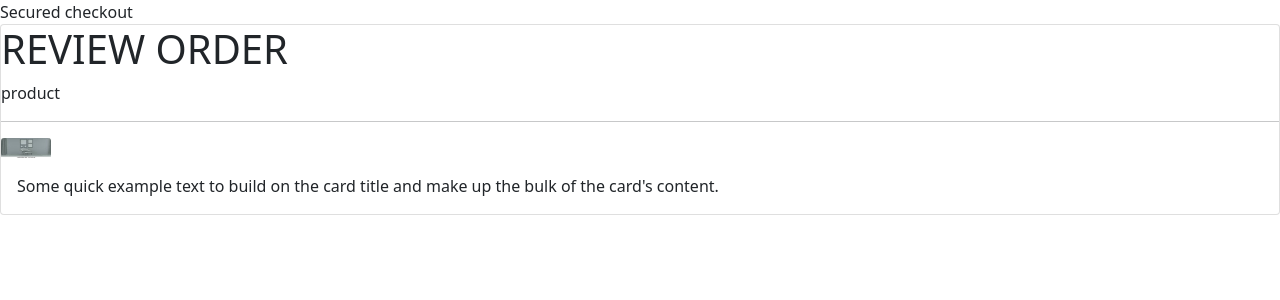
Repository: sreech465/e-prathibha
Page: /checkouts
The author's editor kept a copy of each file at every save. The page is drawn from the files as they stood at one save, then again after the next save.
The browser window is 1280 px wide. The pictures show the whole page.
The project was rebuilt for these pictures with package versions that can differ from the ones it lists, and the page was loaded fresh each time. Also part of the build but not shown: src/Redux/Actions.js, src/Components/Register.js, src/Components/Verify.js, src/Components/Header.js, src/Components/Login.js, src/Components/Popup.css, src/Components/Popup.js, src/Components/WritExam.css and 9 more.

Above is the page before, as saved 2022-10-18 18:31:51.

### src/index.js
import React from "react";
import ReactDOM from "react-dom/client";
import "./index.css";
import App from "./App";
import reportWebVitals from "./reportWebVitals";
import { Provider } from "react-redux";
import { store } from "./Redux/Store";

import "bootstrap/dist/css/bootstrap.min.css";

const root = ReactDOM.createRoot(document.getElementById("root"));
root.render(
  <React.StrictMode>
    <Provider store={store}>
      <App />
    </Provider>
  </React.StrictMode>
);

// If you want to start measuring performance in your app, pass a function
// to log results (for example: reportWebVitals(console.log))
// or send to an analytics endpoint. Learn more: https://bit.ly/CRA-vitals
reportWebVitals();

### src/App.js
import "bootstrap/dist/css/bootstrap.min.css";
import "./App.css";
import Register from "./Components/Register";
import { useSelector } from "react-redux";
import Verify from "./Components/Verify";
import Header from "./Components/Header";
import Login from "./Components/Login";
import { Routes, Route } from "react-router-dom";
import WriteExam from "./Components/WriteExam";
import { BrowserRouter } from "react-router-dom";
import ListOfExams from "./Components/ListOfExams";
import CategoryOfExams from "./Components/CategoryOfExams";
import PremiumList from "./Components/PremiumList";
import MockList from "./Components/MockList";
import PwriteExam from "./Components/PwriteExam";
import Sidebar from "./Components/Sidebar";
import Packageanu from "./Components/Packageanu";
import Checkouts from "./Components/Checkouts";
function App() {
  const state = useSelector((state) => state);
  console.log(state);

  return (
    <>
      <div className="App">
        <BrowserRouter>
          <Routes>
            <Route path="/register" element={<Register />} />
            <Route path="/Verify" element={<Verify />} />
            <Route path="/" element={<Login />} />
            <Route path="/ListOfExams" element={<ListOfExams />} />
            <Route path="/PremiumList" element={<PremiumList />} />
            <Route path="/MockList" element={<MockList />} />
            <Route path="/CategoryOfExams" element={<CategoryOfExams />} />
            <Route path="/ListOfExams/:id" element={<WriteExam />} />
            <Route path="/PremiumList/:id" element={<WriteExam />} />
            <Route path="/packages" element={<Packageanu />} />
            <Route path="/checkouts" element={<Checkouts />} />
          </Routes>
        </BrowserRouter>
      </div>
    </>
  );
}

export default App;

### src/Redux/Store.js
import { applyMiddleware } from "redux";

import { createStore } from "redux";
import thunk from "redux-thunk";
import { rootreducer } from "./CombineReducers";

export const store = createStore(rootreducer, applyMiddleware(thunk));

### src/App.css
.Sidebar {

  height:100%;
  width:50px;
  background-color: black;
  top:0;
  position:fixed;


}

body{
  margin:0;
  padding:0;
}

.App{
  width:100vw;
  height: 100vh;
}

.SidebarList{
  height: auto;
  padding: 0;
  width:100%;
}

.SidebarList .row{
  width:100%;
  height: 50px;
  border: rgba(11, 11, 11, 0.851);
list-style-type: none;
margin: 0;
color: white;
left: 0;
font-family: 'Lucida Sans', 'Lucida Sans Regular', 'Lucida Grande', 'Lucida Sans Unicode', Geneva, Verdana, sans-serif;
}

.row #icon {
  flex: 30%;
  display: grid;
  place-items: center;
}

### src/Components/Checkouts.js
import React from "react";

const Checkouts = () => {
  return (
    <>
      <div>Secured checkout</div>

      <div class="card">
        <h1>REVIEW ORDER</h1>
        <div>product</div>
        <hr />
        <img
          class="card-img-top"
          style={{ width: 50, height: 20 }}
          src="data:[embedded picture, 3279 characters]"
          alt="Card image cap"
        />
        <div class="card-body">
          <p class="card-text">
            Some quick example text to build on the card title and make up the
            bulk of the card's content.
          </p>
        </div>
      </div>
    </>
  );
};

export default Checkouts;

### src/Redux/CombineReducers.js
import { combineReducers } from "redux";
import {
  loginReducer,
  packageReducer,
  payReducer,
  submitExamReducer,
} from "./Reducer";
import { endExamReducer } from "./Reducer";
import { yearlyQreducer } from "./Reducer";
import { verifyReducer } from "./Reducer";
import { registerReducer } from "./Reducer";
import { writeExamReducer } from "./Reducer";
import { premiumReducer } from "./Reducer";
import { mockReducer } from "./Reducer";

export const rootreducer = combineReducers({
  RegisterReducer: registerReducer,
  VerifyReducer: verifyReducer,
  LoginReducer: loginReducer,
  GetYearlyReducer: yearlyQreducer,
  WexamReducer: writeExamReducer,
  EexamReducer: endExamReducer,
  PremiumReducer: premiumReducer,
  MockReducer: mockReducer,
  SubmitExamReducer: submitExamReducer,
  PayReducer: payReducer,
  PackageReducer: packageReducer,
});

### src/Components/Sidebardata.js
import React from "react";
import HomeIcon from "@mui/icons-material/Home";
import ShoppingCartIcon from "@mui/icons-material/ShoppingCart";
import LegendToggleIcon from "@mui/icons-material/LegendToggle";
import LiveHelpIcon from "@mui/icons-material/LiveHelp";
import ManageSearchIcon from "@mui/icons-material/ManageSearch";
import AssistantPhotoIcon from "@mui/icons-material/AssistantPhoto";
import BuildIcon from "@mui/icons-material/Build";
import DomainVerificationIcon from "@mui/icons-material/DomainVerification";
export const Sidebardata = [
  {
    title: "",
    icon: <HomeIcon />,
    link: "/",
  },
  {
    title: "",
    icon: <ShoppingCartIcon />,
    link: "/packages",
  },
  {
    title: "",
    icon: <LegendToggleIcon />,
    link: "/summary",
  },
  {
    title: "",
    icon: <AssistantPhotoIcon />,
    link: "/result",
  },
  {
    title: "",
    icon: <ManageSearchIcon />,
    link: "/search",
  },
  {
    title: "",
    icon: <LiveHelpIcon />,
    link: "/help",
  },
  {
    title: "",
    icon: <BuildIcon />,
    link: "/help",
  },

  {
    title: "",
    icon: <DomainVerificationIcon />,
    link: "/help",
  },
];

### src/Redux/Reducer.js
import { Actions } from "../Components/types";

const initialstate1 = {
  user1: "",
  user2: "",
  user3: "",
  user4: "",
  user5: "",
  user6: "",
  user7: "",
  user8: "",
  user9: "",
  user10: "",
  user11: "",
};

export const loginReducer = (state = initialstate1, action) => {
  const { type, payload } = action;

  switch (type) {
    case Actions.LOGIN:
      return { ...state, user3: payload };
    default:
      return state;
  }
};

export const registerReducer = (state = initialstate1, action) => {
  const { type, payload } = action;

  switch (type) {
    case Actions.REGISTER:
      return { ...state, user1: payload };
    default:
      return state;
  }
};

export const verifyReducer = (state = initialstate1, action) => {
  const { type, payload } = action;

  switch (type) {
    case Actions.VERIFY:
      return { ...state, user2: payload };
    default:
      return state;
  }
};

export const yearlyQreducer = (state = initialstate1, action) => {
  const { type, payload } = action;

  switch (type) {
    case Actions.GETYEARLYQUESTIONS:
      return { ...state, user4: payload };
    default:
      return state;
  }
};

export const premiumReducer = (state = initialstate1, action) => {
  const { type, payload } = action;

  switch (type) {
    case Actions.PREMIUMEXAMS:
      return { ...state, user7: payload };
    default:
      return state;
  }
};

export const mockReducer = (state = initialstate1, action) => {
  const { type, payload } = action;

  switch (type) {
    case Actions.MOCKEXAMS:
      return { ...state, user8: payload };
    default:
      return state;
  }
};

export const writeExamReducer = (state = initialstate1, action) => {
  const { type, payload } = action;

  switch (type) {
    case Actions.WRITETHEEXAM:
      return { ...state, user5: payload };
    default:
      return state;
  }
};

export const submitExamReducer = (state = initialstate1, action) => {
  const { type, payload } = action;

  switch (type) {
    case Actions.SUBMITEXAM:
      return { ...state, user9: payload };
    default:
      return state;
  }
};

export const endExamReducer = (state = initialstate1, action) => {
  const { type, payload } = action;

  switch (type) {
    case Actions.ENDTHEEXAM:
      return { ...state, user6: payload };
    default:
      return state;
  }
};

export const payReducer = (state = initialstate1, action) => {
  const { type, payload } = action;

  switch (type) {
    case Actions.PAYDETAILS:
      return { ...state, user10: payload };
    default:
      return state;
  }
};

export const packageReducer = (state = initialstate1, action) => {
  const { type, payload } = action;

  switch (type) {
    case Actions.PACKAGEDETAILS:
      return { ...state, user11: payload };
    default:
      return state;
  }
};

### src/Components/types.js
export const Actions = {
  LOGIN: "LOGIN",
  REGISTER: "REGISTER",
  VERIFY: "VERIFY",
  GETYEARLYQUESTIONS: "GETYEARLYQUESTIONS",
  WRITETHEEXAM: "WRITETHEEXAM",
  SUBMITEXAM: "SUBMITEXAM",
  ENDTHEEXAM: "ENDTHEEXAM",
  PREMIUMEXAMS: "PREMIUMEXAMS",
  MOCKEXAMS: "MOCKEXAMS",
  PAYDETAILS: "PAYDETAILS",
  PACKAGEDETAILS: "PACKAGEDETAILS",
};

Loaded but not shown: public/index.html (common file); src/index.css (common file); src/reportWebVitals.js (common file)

After the next save:
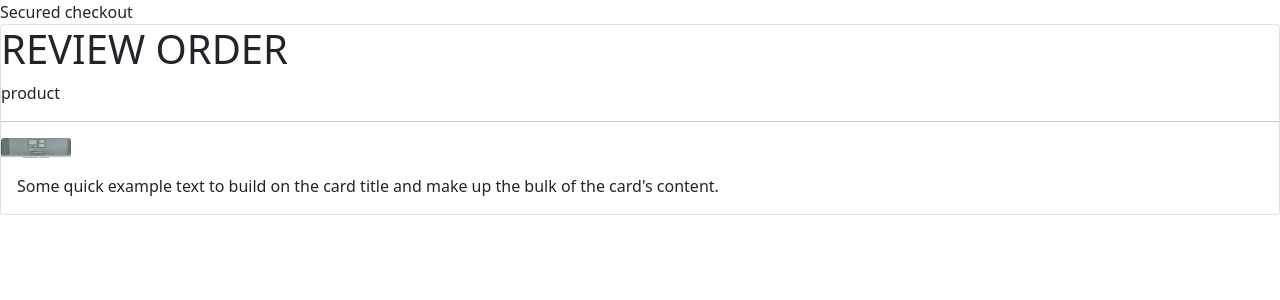
Saved 9 s later.
--- a/src/Components/Checkouts.js
+++ b/src/Components/Checkouts.js
@@ -11,7 +11,7 @@ const Checkouts = () => {
         <hr />
         <img
           class="card-img-top"
-          style={{ width: 50, height: 20 }}
+          style={{ width: 70, height: 20 }}
           src="data:[embedded picture, 3279 characters]"
           alt="Card image cap"
         />
